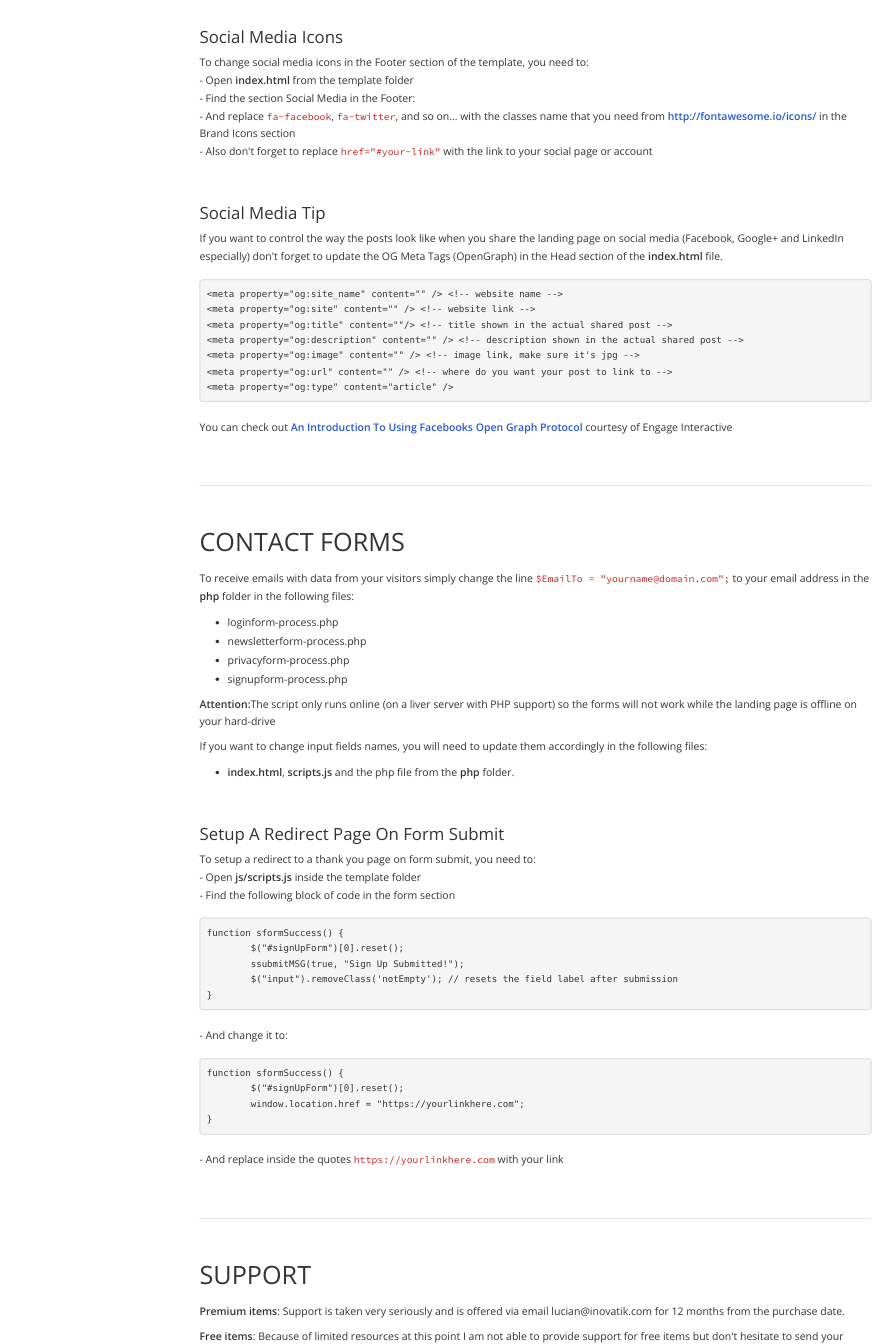
Repository: sibina-sto/tivo
Page: public/documentation/index.html
An editor plug-in stored every save of this project. The page is shown before and after a run of saves, followed by the edit.
The browser window is 1280 px wide. The pictures show the part of the page from y = 4580 to 6500 px (the page is 6653 px tall before and 6663 px after), at 70% of full size.

Above is the page before, as saved 2023-04-29 20:40:36.

After the next 4 saves:
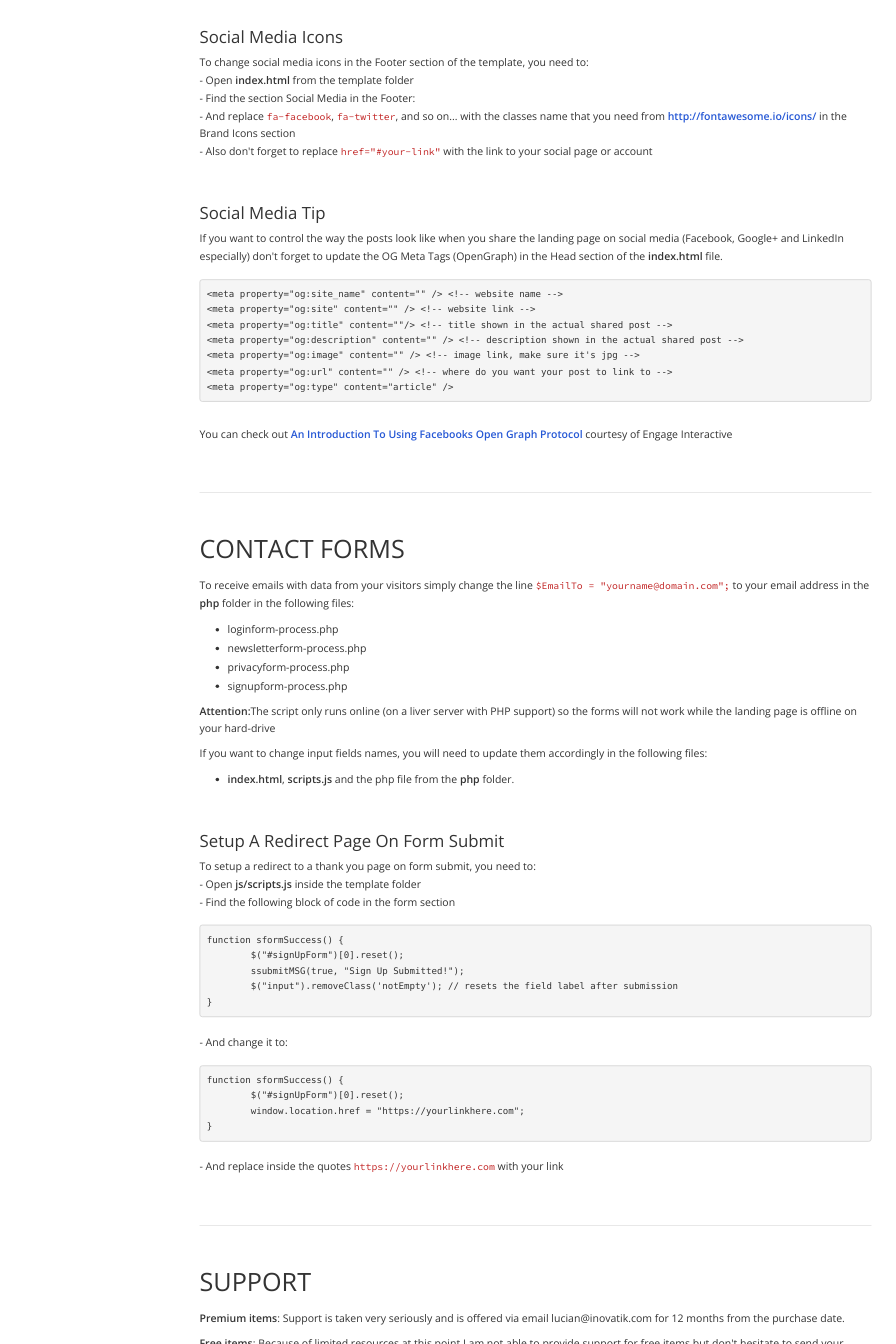
The 4 saves are shown as one change because they came seconds apart.
The last was saved 68 s later.
--- a/public/documentation/index.html
+++ b/public/documentation/index.html
@@ -243,7 +243,7 @@ var textSlider = new Swiper('.text-slider', {
 &lt;meta property="og:url" content="" /&gt; &lt;!-- where do you want your post to link to --&gt;
 &lt;meta property="og:type" content="article" /&gt;
 </pre>
-						<br>You can check out <a href="http://engageinteractive.co.uk/blog/an-introduction-to-using-facebooks-open-graph-protocol">An Introduction To Using Facebooks Open Graph Protocol</a> courtesy of Engage Interactive</p>
+						<p> </p><br>You can check out <a href="http://engageinteractive.co.uk/blog/an-introduction-to-using-facebooks-open-graph-protocol">An Introduction To Using Facebooks Open Graph Protocol</a> courtesy of Engage Interactive</p>
                     </div> <!-- end of icons -->
 
 
